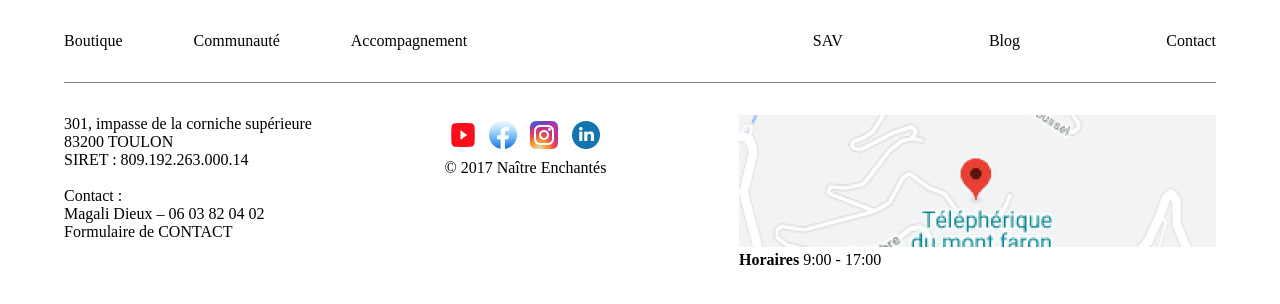
Repository: Khadija-Asa/naitre-enchantes
Page: footer.html
These files come from the project's save history. The page is drawn as it stood at one moment and after the next save; the edit follows.
The browser window is 1280 px wide. The pictures show the whole page.

Above is the page before, as saved 2020-11-24 23:17:29.

After the next save:
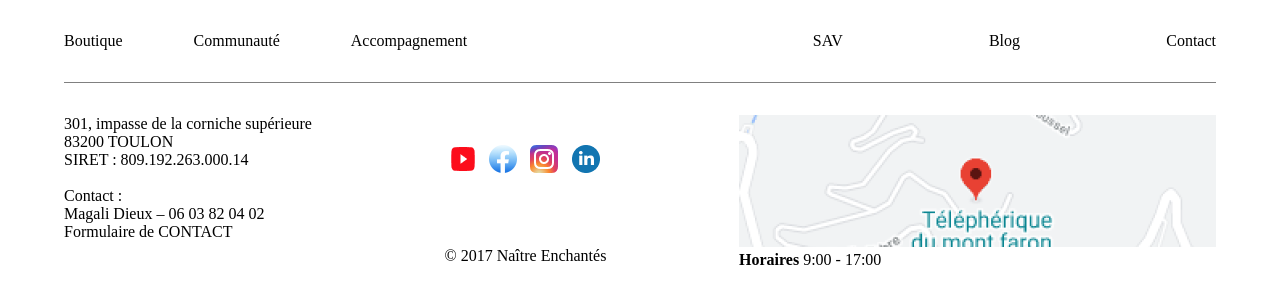
Saved 34 s later.
--- a/footer.css
+++ b/footer.css
@@ -37,7 +37,7 @@
     justify-content: space-around;
     flex-wrap: wrap;
     align-items: center;
-    margin-bottom: 1.5em auto 4em;
+    margin: 1.5em auto 4em;
 }
 .footer_bottom li a {
     color: black;
